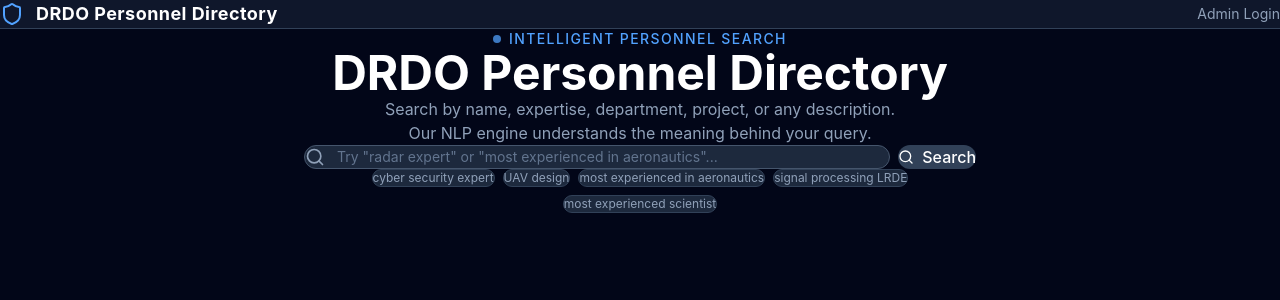
Repository: Mandeepigdtuw/DRDO-Directory
Page: / (app in frontend/)
An editor plug-in stored every save of this project. The page is shown before and after the next save, followed by the edit.
The browser window is 1280 px wide. The pictures show the whole page.
The project was rebuilt for these pictures with package versions that can differ from the ones it lists, and the page was loaded fresh each time. Also part of the build but not shown: frontend/vite.config.js, frontend/src/components/PersonnelCard.jsx, frontend/src/components/ProfileModal.jsx, frontend/src/pages/AdminLogin.jsx, frontend/src/components/AdminLayout.jsx, frontend/src/pages/AdminDashboard.jsx, frontend/src/pages/ManagePersonnel.jsx, frontend/src/pages/AddPersonnel.jsx and 3 more.

Above is the page before, as saved 2026-07-08 14:27:24.

### frontend/src/index.css
@import "tailwindcss";
@tailwind base;
@tailwind components;
@tailwind utilities;

* {
  margin: 0;
  padding: 0;
  box-sizing: border-box;
}

body {
  font-family: 'Inter', sans-serif;
  background-color: #0f172a;
  color: #e2e8f0;
}

### frontend/src/App.jsx
// src/App.jsx
import { BrowserRouter, Routes, Route, Navigate } from 'react-router-dom'
import SearchPage from './pages/SearchPage'
import AdminLogin from './pages/AdminLogin'
import AdminDashboard from './pages/AdminDashboard'
import ManagePersonnel from './pages/ManagePersonnel'
import AddPersonnel from './pages/AddPersonnel'
import EditPersonnel from './pages/EditPersonnel'
import AnalyticsDashboard from './pages/AnalyticsDashboard'
import ProtectedRoute from './components/ProtectedRoute'

export default function App() {
  return (
    <BrowserRouter>
      <Routes>
        {/* User Side - Public */}
        <Route path="/" element={<SearchPage />} />

        {/* Admin Login - Public */}
        <Route path="/admin/login" element={<AdminLogin />} />

        {/* Admin Side - Protected (need JWT token) */}
        <Route path="/admin" element={<ProtectedRoute />}>
          <Route path="dashboard" element={<AdminDashboard />} />
          <Route path="personnel" element={<ManagePersonnel />} />
          <Route path="personnel/add" element={<AddPersonnel />} />
          <Route path="personnel/edit/:employee_id" element={<EditPersonnel />} />
          <Route path="analytics" element={<AnalyticsDashboard />} />
        </Route>

        {/* Catch all unknown URLs → redirect to home */}
        <Route path="*" element={<Navigate to="/" />} />
      </Routes>
    </BrowserRouter>
  )
}

### frontend/src/pages/SearchPage.jsx
import { useState } from 'react'
import { Search, Loader2 } from 'lucide-react'
import Navbar from '../components/Navbar'
import PersonnelCard from '../components/PersonnelCard'
import ProfileModal from '../components/ProfileModal'
import { searchPersonnel, getAllPersonnelPublic } from '../services/api'

export default function SearchPage() {
  const [query, setQuery] = useState('')
  const [results, setResults] = useState([])
  const [loading, setLoading] = useState(false)
  const [searched, setSearched] = useState(false)
  const [selectedPerson, setSelectedPerson] = useState(null)
  const [error, setError] = useState('')

  const isExperienceQuery = (q) => {
    const lower = q.toLowerCase()
    return (
      lower.includes('maximum experience') ||
      lower.includes('most experience') ||
      lower.includes('most experienced') ||
      lower.includes('maximum years') ||
      lower.includes('highest experience') ||
      lower.includes('senior most') ||
      lower.includes('most senior') ||
      lower.includes('experienced scientist') ||
      lower.includes('experienced engineer')
    )
  }

  // Check if query has a specific domain beyond just "experience"
  const hasDomainContext = (q) => {
    const experienceWords = [
      'most', 'maximum', 'highest', 'senior', 'experienced',
      'scientist', 'engineer', 'in', 'the', 'field', 'of', 'with'
    ]
    const words = q.toLowerCase().split(' ')
    // If there are words beyond the experience keywords, there's domain context
    const domainWords = words.filter(w => w.length > 2 && !experienceWords.includes(w))
    return domainWords.length > 0
  }

  const handleSearch = async () => {
    if (!query.trim()) return
    setLoading(true)
    setError('')
    setSearched(false)

    try {
      let data = []

      if (isExperienceQuery(query) && hasDomainContext(query)) {
        // HYBRID: semantic search for domain relevance, then sort by experience
        // Fetch more results (top 30) to get a good domain-filtered pool
        const response = await searchPersonnel(query + '&top_k=30')
        data = [...response.data.results].sort(
          (a, b) => b.years_of_experience - a.years_of_experience
        )
        // Keep top 10 after sorting
        data = data.slice(0, 10).map((p, i) => ({
          ...p,
          relevance_score: Math.max(0.99 - i * 0.02, 0.1)
        }))

      } else if (isExperienceQuery(query)) {
        // Pure experience query — fetch ALL and sort
        const response = await getAllPersonnelPublic()
        data = [...response.data.results]
          .sort((a, b) => b.years_of_experience - a.years_of_experience)
          .map((p, i) => ({
            ...p,
            relevance_score: Math.max(0.99 - i * 0.01, 0.1)
          }))

      } else {
        // Normal semantic search
        const response = await searchPersonnel(query)
        data = response.data.results
      }

      setResults(data)
      setSearched(true)
    } catch (err) {
      setError('Search failed. Please make sure the backend server is running.')
    } finally {
      setLoading(false)
    }
  }

  const handleKeyDown = (e) => {
    if (e.key === 'Enter') handleSearch()
  }

  return (
    <div className="min-h-screen bg-slate-950">
      <Navbar isAdmin={false} />

      <div className="flex flex-col items-center px-4 py-16">
        <div className="mb-3 flex items-center gap-2">
          <div className="w-2 h-2 rounded-full bg-blue-400 animate-pulse" />
          <span className="text-blue-400 text-sm font-medium tracking-widest uppercase">
            Intelligent Personnel Search
          </span>
        </div>

        <h1 className="text-4xl md:text-5xl font-bold text-white text-center mb-3">
          DRDO Personnel Directory
        </h1>
        <p className="text-slate-400 text-center mb-10 max-w-lg text-sm md:text-base">
          Search by name, expertise, department, project, or any description.
          Our NLP engine understands the meaning behind your query.
        </p>

        <div className="w-full max-w-2xl flex gap-2">
          <div className="flex-1 flex items-center bg-slate-800 border border-slate-600 rounded-xl px-4 gap-3 focus-within:border-blue-500 transition-colors">
            <Search className="text-slate-400 shrink-0" size={20} />
            <input
              type="text"
              value={query}
              onChange={(e) => setQuery(e.target.value)}
              onKeyDown={handleKeyDown}
              placeholder='Try "radar expert" or "most experienced in aeronautics"...'
              className="flex-1 bg-transparent text-white py-4 outline-none placeholder-slate-500 text-sm"
            />
            {query && (
              <button
                onClick={() => { setQuery(''); setResults([]); setSearched(false) }}
                className="text-slate-500 hover:text-white transition-colors text-xl leading-none"
              >
                ×
              </button>
            )}
          </div>
          <button
            onClick={handleSearch}
            disabled={loading || !query.trim()}
            className="bg-blue-600 hover:bg-blue-500 disabled:bg-slate-700 disabled:cursor-not-allowed text-white px-6 rounded-xl font-medium transition-colors flex items-center gap-2 whitespace-nowrap"
          >
            {loading
              ? <Loader2 size={18} className="animate-spin" />
              : <><Search size={16} /> Search</>}
          </button>
        </div>

        <div className="flex flex-wrap gap-2 mt-4 justify-center max-w-2xl">
          {[
            'cyber security expert',
            'UAV design',
            'most experienced in aeronautics',
            'signal processing LRDE',
            'most experienced scientist',
          ].map((hint) => (
            <button
              key={hint}
              onClick={() => setQuery(hint)}
              className="text-xs text-slate-400 hover:text-blue-400 bg-slate-800 hover:bg-slate-700 px-3 py-1.5 rounded-full border border-slate-700 transition-colors"
            >
              {hint}
            </button>
          ))}
        </div>
      </div>

      <div className="flex flex-col items-center px-4 pb-16">
        <div className="w-full max-w-5xl">
          {error && (
            <div className="text-red-400 bg-red-400/10 border border-red-400/20 rounded-xl p-4 text-center mb-6 text-sm">
              {error}
            </div>
          )}

          {searched && (
            <p className="text-slate-400 text-sm mb-5 text-center">
              {results.length > 0
                ? `${results.length} results for "${query}" — ranked by relevance`
                : `No results found for "${query}"`}
            </p>
          )}

          {results.length > 0 && (
            <div className="grid grid-cols-1 md:grid-cols-2 gap-4">
              {results.map((person, index) => (
                <PersonnelCard
                  key={person.employee_id}
                  person={person}
                  rank={index + 1}
                  onClick={() => setSelectedPerson(person)}
                />
              ))}
            </div>
          )}

          {searched && results.length === 0 && (
            <div className="text-center py-16 text-slate-500">
              <Search size={48} className="mx-auto mb-4 opacity-30" />
              <p className="text-lg">No personnel found matching your query.</p>
              <p className="text-sm mt-2">Try different keywords or a broader search.</p>
            </div>
          )}
        </div>
      </div>

      {selectedPerson && (
        <ProfileModal
          person={selectedPerson}
          onClose={() => setSelectedPerson(null)}
        />
      )}
    </div>
  )
}

### frontend/src/components/Navbar.jsx
// src/components/Navbar.jsx
import { Link, useNavigate, useLocation } from 'react-router-dom'
import { Shield, LogOut, Users, BarChart2, Plus, Search } from 'lucide-react'

export default function Navbar({ isAdmin = false }) {
  const navigate = useNavigate()
  const location = useLocation()

  const handleLogout = () => {
    localStorage.removeItem('admin_token')
    navigate('/admin/login')
  }

  const isActive = (path) =>
    location.pathname === path
      ? 'bg-blue-600 text-white'
      : 'text-slate-300 hover:text-white hover:bg-slate-700'

  if (!isAdmin) {
    // Simple navbar for user search page
    return (
      <nav className="bg-slate-900 border-b border-slate-700 px-6 py-4 flex items-center justify-between">
        <div className="flex items-center gap-3">
          <Shield className="text-blue-400" size={24} />
          <span className="text-white font-bold text-lg tracking-wide">
            DRDO Personnel Directory
          </span>
        </div>
        <Link
          to="/admin/login"
          className="text-slate-400 hover:text-white text-sm transition-colors"
        >
          Admin Login
        </Link>
      </nav>
    )
  }

  // Full navbar for admin pages
  return (
    <nav className="bg-slate-900 border-b border-slate-700 px-6 py-3 flex items-center justify-between">
      <div className="flex items-center gap-3">
        <Shield className="text-blue-400" size={22} />
        <span className="text-white font-bold tracking-wide">DRDO Admin</span>
      </div>

      <div className="flex items-center gap-2">
        <Link
          to="/"
          className={`flex items-center gap-2 px-3 py-2 rounded-lg text-sm transition-colors ${isActive('/')}`}
        >
          <Search size={15} /> Search
        </Link>
        <Link
          to="/admin/dashboard"
          className={`flex items-center gap-2 px-3 py-2 rounded-lg text-sm transition-colors ${isActive('/admin/dashboard')}`}
        >
          <Shield size={15} /> Dashboard
        </Link>
        <Link
          to="/admin/personnel"
          className={`flex items-center gap-2 px-3 py-2 rounded-lg text-sm transition-colors ${isActive('/admin/personnel')}`}
        >
          <Users size={15} /> Personnel
        </Link>
        <Link
          to="/admin/personnel/add"
          className={`flex items-center gap-2 px-3 py-2 rounded-lg text-sm transition-colors ${isActive('/admin/personnel/add')}`}
        >
          <Plus size={15} /> Add
        </Link>
        <Link
          to="/admin/analytics"
          className={`flex items-center gap-2 px-3 py-2 rounded-lg text-sm transition-colors ${isActive('/admin/analytics')}`}
        >
          <BarChart2 size={15} /> Analytics
        </Link>
      </div>

      <button
        onClick={handleLogout}
        className="flex items-center gap-2 text-slate-400 hover:text-red-400 text-sm transition-colors"
      >
        <LogOut size={16} /> Logout
      </button>
    </nav>
  )
}

### frontend/src/services/api.js
// src/services/api.js
import axios from 'axios'

const BASE_URL = 'http://localhost:8000'

// Create axios instance pointing to our backend
const api = axios.create({
  baseURL: BASE_URL,
})

// Automatically attach JWT token to every request if it exists
api.interceptors.request.use((config) => {
  const token = localStorage.getItem('admin_token')
  if (token) {
    config.headers.Authorization = `Bearer ${token}`
  }
  return config
})

// ─── AUTH ────────────────────────────────────────
export const loginAdmin = (username, password) =>
  api.post('/auth/login', { username, password })

// ─── SEARCH ──────────────────────────────────────
export const searchPersonnel = (query) =>
  api.get(`/search/?q=${encodeURIComponent(query)}`)


// ─── ADMIN PERSONNEL ─────────────────────────────
export const getAllPersonnel = () =>
  api.get('/admin/personnel')

export const getPersonById = (employee_id) =>
  api.get(`/admin/personnel/${employee_id}`)

export const addPersonnel = (data) =>
  api.post('/admin/personnel', data)

export const updatePersonnel = (employee_id, data) =>
  api.put(`/admin/personnel/${employee_id}`, data)

export const deletePersonnel = (employee_id) =>
  api.delete(`/admin/personnel/${employee_id}`)

// ─── ANALYTICS ───────────────────────────────────
export const getAnalyticsSummary = () =>
  api.get('/admin/analytics/summary')

export const getTopSearches = () =>
  api.get('/admin/analytics/top-searches')

export const getSearchTrends = () =>
  api.get('/admin/analytics/trends')

export const getDepartmentStats = () =>
  api.get('/admin/analytics/department-stats')

export const getZeroResults = () =>
  api.get('/admin/analytics/zero-results')

// Add this to the bottom of src/services/api.js
export const getAllPersonnelPublic = () =>
  api.get('/search/all')

Loaded but not shown: frontend/src/main.jsx (common file)

After the next save:
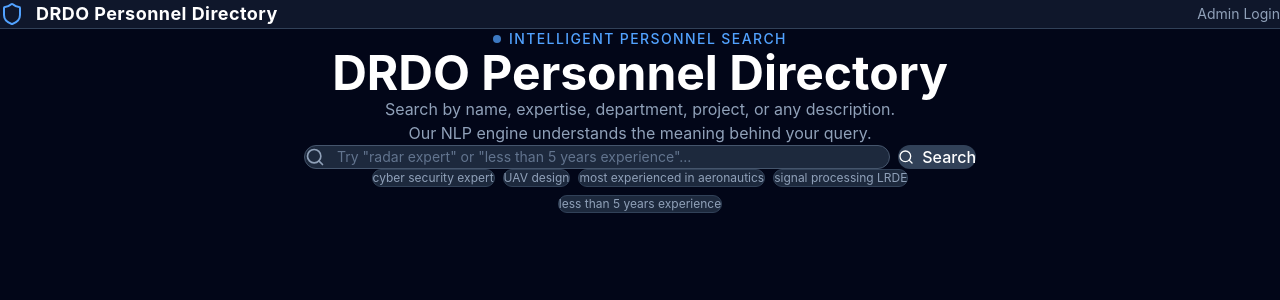
Saved 3 days later.
--- a/frontend/src/pages/SearchPage.jsx
+++ b/frontend/src/pages/SearchPage.jsx
@@ -1,3 +1,4 @@
+// src/pages/SearchPage.jsx
 import { useState } from 'react'
 import { Search, Loader2 } from 'lucide-react'
 import Navbar from '../components/Navbar'
@@ -28,14 +29,35 @@
     )
   }
 
-  // Check if query has a specific domain beyond just "experience"
+  const isMinExperienceQuery = (q) => {
+    const lower = q.toLowerCase()
+    return (
+      lower.includes('less than') ||
+      lower.includes('fewer than') ||
+      lower.includes('under') ||
+      lower.includes('below') ||
+      lower.includes('least experience') ||
+      lower.includes('minimum experience') ||
+      lower.includes('least experienced') ||
+      lower.includes('junior') ||
+      lower.includes('entry level') ||
+      lower.includes('fresher') ||
+      lower.includes('newest') ||
+      lower.includes('youngest')
+    )
+  }
+
+  const extractNumber = (q) => {
+    const match = q.match(/\d+/)
+    return match ? parseInt(match[0]) : null
+  }
+
   const hasDomainContext = (q) => {
     const experienceWords = [
       'most', 'maximum', 'highest', 'senior', 'experienced',
       'scientist', 'engineer', 'in', 'the', 'field', 'of', 'with'
     ]
     const words = q.toLowerCase().split(' ')
-    // If there are words beyond the experience keywords, there's domain context
     const domainWords = words.filter(w => w.length > 2 && !experienceWords.includes(w))
     return domainWords.length > 0
   }
@@ -49,21 +71,36 @@
     try {
       let data = []
 
-      if (isExperienceQuery(query) && hasDomainContext(query)) {
-        // HYBRID: semantic search for domain relevance, then sort by experience
-        // Fetch more results (top 30) to get a good domain-filtered pool
+      if (isMinExperienceQuery(query)) {
+        // LEAST / JUNIOR experience query
+        const response = await getAllPersonnelPublic()
+        let all = [...response.data.results]
+
+        const num = extractNumber(query)
+        if (num !== null) {
+          all = all.filter(p => p.years_of_experience < num)
+        }
+
+        data = all
+          .sort((a, b) => a.years_of_experience - b.years_of_experience)
+          .map((p, i) => ({
+            ...p,
+            relevance_score: Math.max(0.99 - i * 0.01, 0.1)
+          }))
+
+      } else if (isExperienceQuery(query) && hasDomainContext(query)) {
+        // MOST EXPERIENCED in specific domain
         const response = await searchPersonnel(query + '&top_k=30')
-        data = [...response.data.results].sort(
-          (a, b) => b.years_of_experience - a.years_of_experience
-        )
-        // Keep top 10 after sorting
-        data = data.slice(0, 10).map((p, i) => ({
-          ...p,
-          relevance_score: Math.max(0.99 - i * 0.02, 0.1)
-        }))
+        data = [...response.data.results]
+          .sort((a, b) => b.years_of_experience - a.years_of_experience)
+          .slice(0, 10)
+          .map((p, i) => ({
+            ...p,
+            relevance_score: Math.max(0.99 - i * 0.02, 0.1)
+          }))
 
       } else if (isExperienceQuery(query)) {
-        // Pure experience query — fetch ALL and sort
+        // MOST EXPERIENCED overall
         const response = await getAllPersonnelPublic()
         data = [...response.data.results]
           .sort((a, b) => b.years_of_experience - a.years_of_experience)
@@ -73,7 +110,7 @@
           }))
 
       } else {
-        // Normal semantic search
+        // NORMAL SEMANTIC SEARCH
         const response = await searchPersonnel(query)
         data = response.data.results
       }
@@ -119,7 +156,7 @@
               value={query}
               onChange={(e) => setQuery(e.target.value)}
               onKeyDown={handleKeyDown}
-              placeholder='Try "radar expert" or "most experienced in aeronautics"...'
+              placeholder='Try "radar expert" or "less than 5 years experience"...'
               className="flex-1 bg-transparent text-white py-4 outline-none placeholder-slate-500 text-sm"
             />
             {query && (
@@ -138,7 +175,8 @@
           >
             {loading
               ? <Loader2 size={18} className="animate-spin" />
-              : <><Search size={16} /> Search</>}
+              : <Search size={16} />}
+            {loading ? 'Searching...' : 'Search'}
           </button>
         </div>
 
@@ -148,7 +186,7 @@
             'UAV design',
             'most experienced in aeronautics',
             'signal processing LRDE',
-            'most experienced scientist',
+            'less than 5 years experience',
           ].map((hint) => (
             <button
               key={hint}
